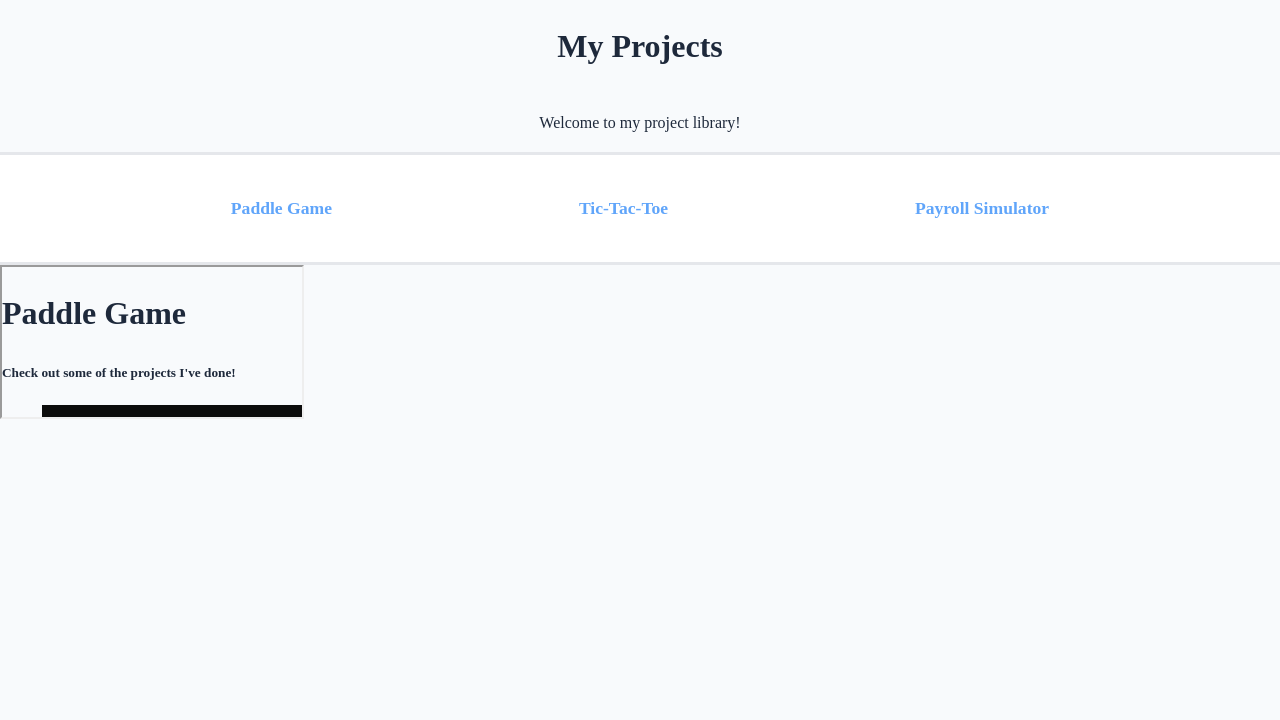
Repository: alison-cunningham/alison-cunningham
Page: pages/main-projects-page.html
The author's editor kept a copy of each file at every save. The page is drawn from the files as they stood at one save, then again after the next save.
The browser window is 1280 px wide. The pictures show the whole page.
Some web fonts or font styles are not loaded; a fallback is used.

Above is the page before, as saved 2026-05-08 20:21:54.

After the next save:
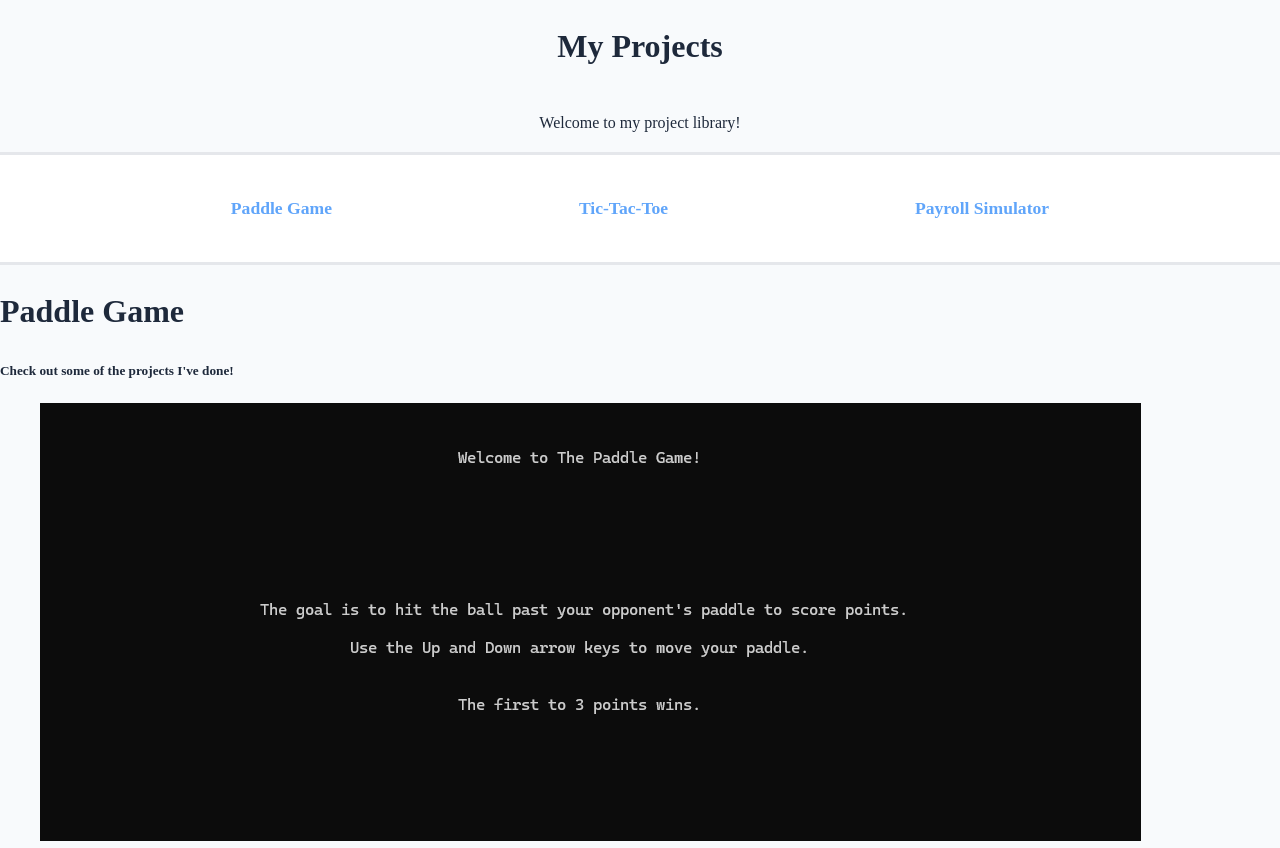
Saved 40 s later.
--- a/styles/pages.css
+++ b/styles/pages.css
@@ -37,3 +37,9 @@ nav a{
 nav a:hover{
 
 }
+
+iframe{
+    width: 100%;
+    min-height: 80vh;
+    border: 0;
+}
